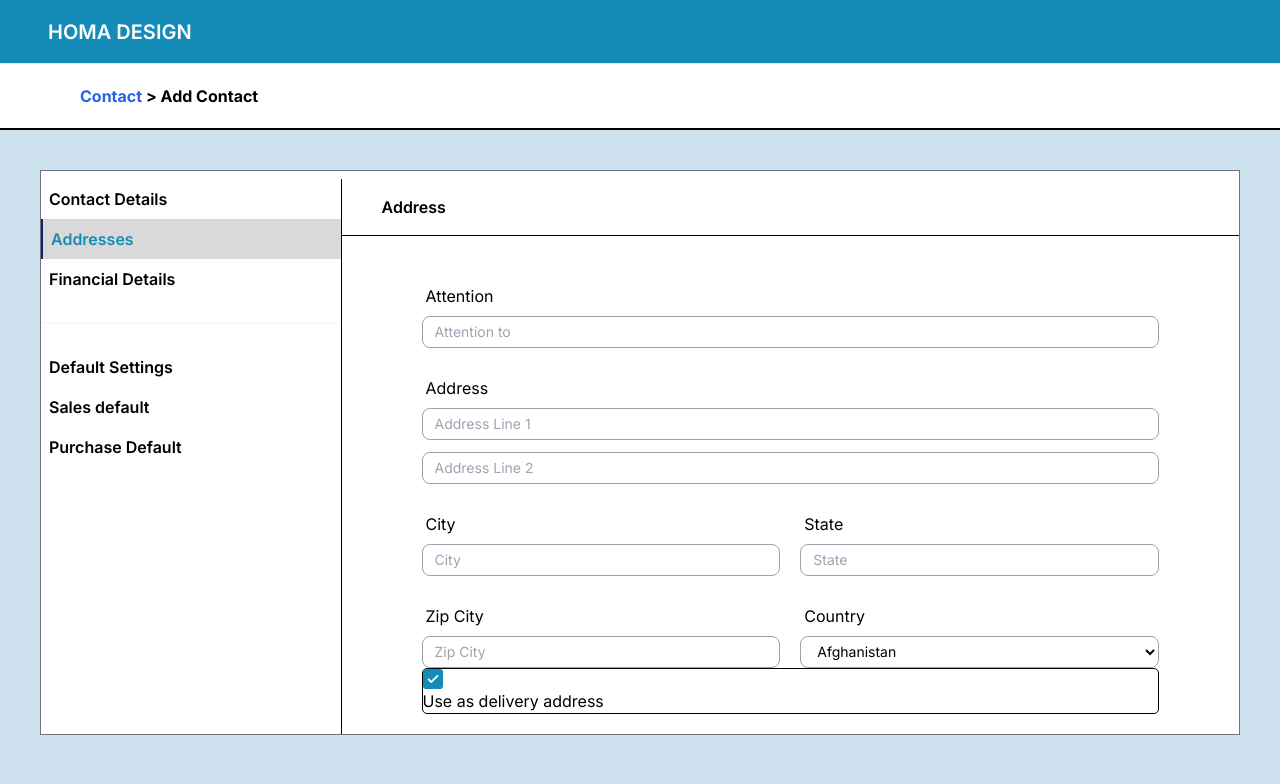
Repository: khairul35/homa-FE
Page: /contact
An editor plug-in stored every save of this project. The page is shown before and after the next save, followed by the edit.
The browser window is 1280 px wide. The pictures show the whole page.
The project was rebuilt for these pictures with package versions that can differ from the ones it lists, and the page was loaded fresh each time. The framework's server and built-in components were replaced by stand-ins that run in the browser. Also part of the build but not shown: next.config.js, app/components/layout/header/BusinessMenu.tsx, app/components/layout/header/CompanyMenu.tsx, app/contact/index.component.tsx, app/contact/form/contact-details/index.module.css, app/contact/form/contact-details/index.component.tsx, app/contact/form/contact-details/index.tsx.

Above is the page before, as saved 2024-01-07 21:19:15.

After the next save:
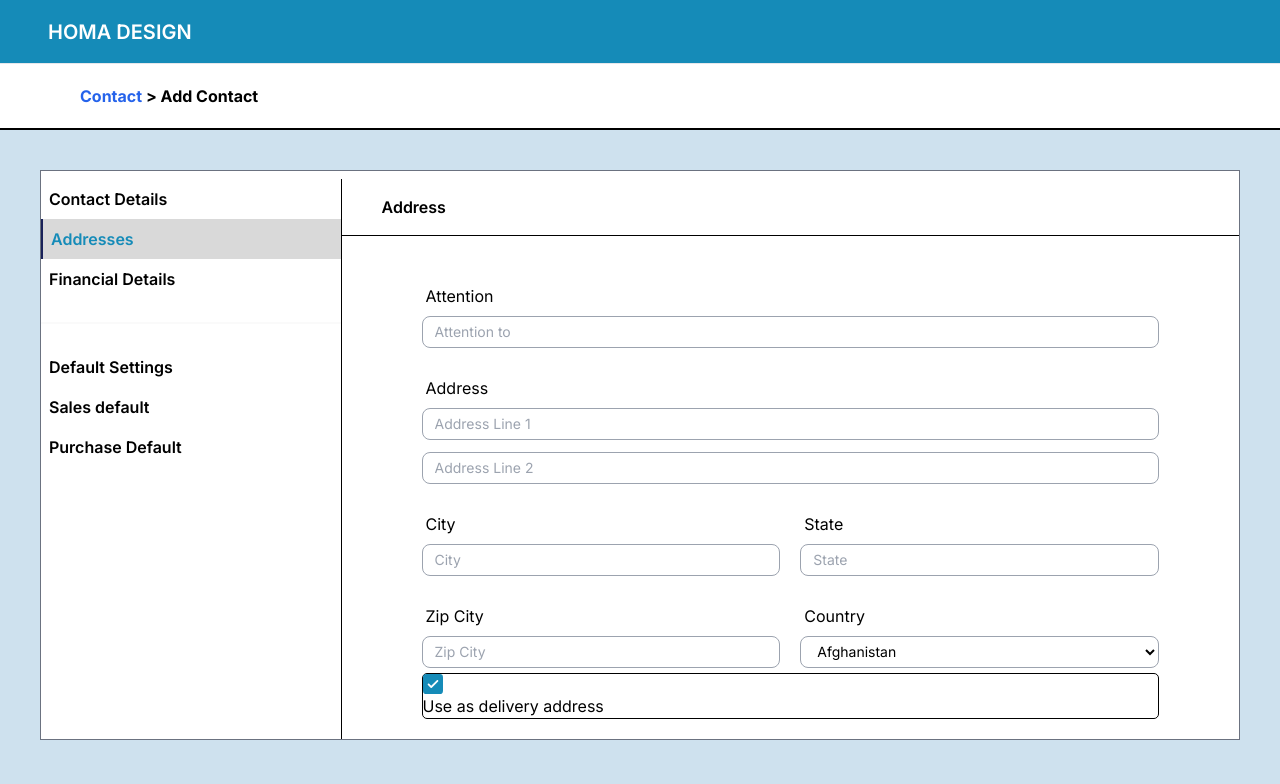
Saved 18 s later.
--- a/app/contact/form/address/index.module.css
+++ b/app/contact/form/address/index.module.css
@@ -14,4 +14,5 @@
     border-radius: 5px;
     border: 1px solid #000;
     background: #FFF;
+    margin-top: 5px;
 }
